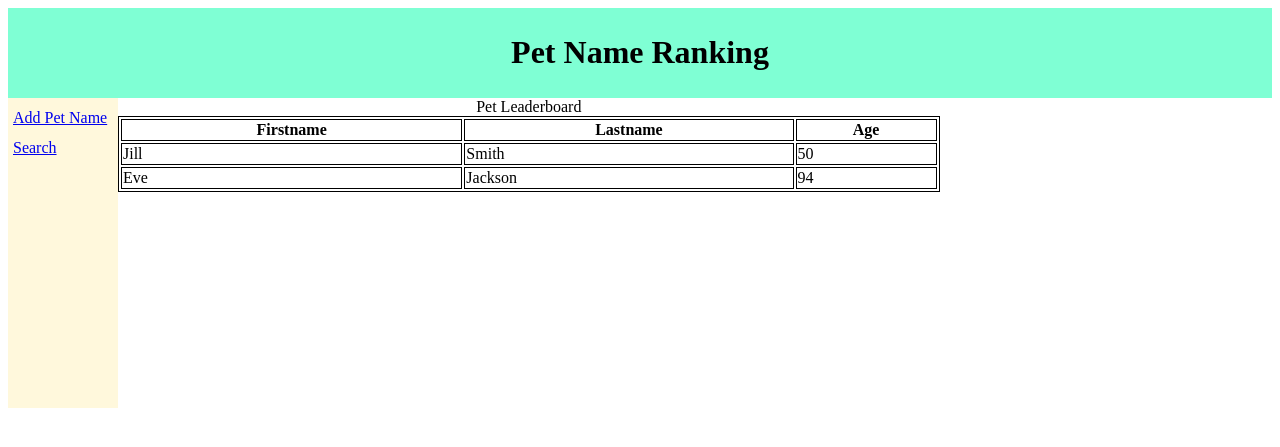
Repository: mutterbucket/TriplettTermProject4830
Page: workspaceCSCI4830-tech-excercise-Triplett/techExcerciseTriplett/WebContent/leaderboard.html
An editor plug-in stored every save of this project. The page is shown before and after the next save, followed by the edit.
The browser window is 1280 px wide. The pictures show the whole page.

Above is the page before, as saved 2020-02-21 23:11:13.

After the next save:
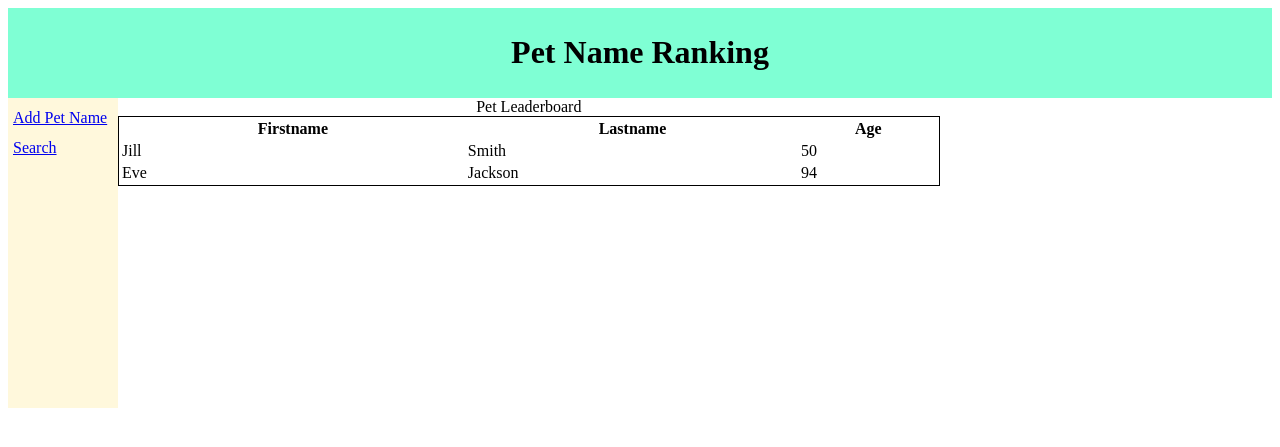
Saved 52 s later.
--- a/workspaceCSCI4830-tech-excercise-Triplett/techExcerciseTriplett/WebContent/leaderboard.html
+++ b/workspaceCSCI4830-tech-excercise-Triplett/techExcerciseTriplett/WebContent/leaderboard.html
@@ -29,7 +29,7 @@ footer {
     text-align:center;
     padding:5px;
 }
-table, th, td {
+table {
   border: 1px solid black;
 }
 table#t01 tr:nth-child(even) {
